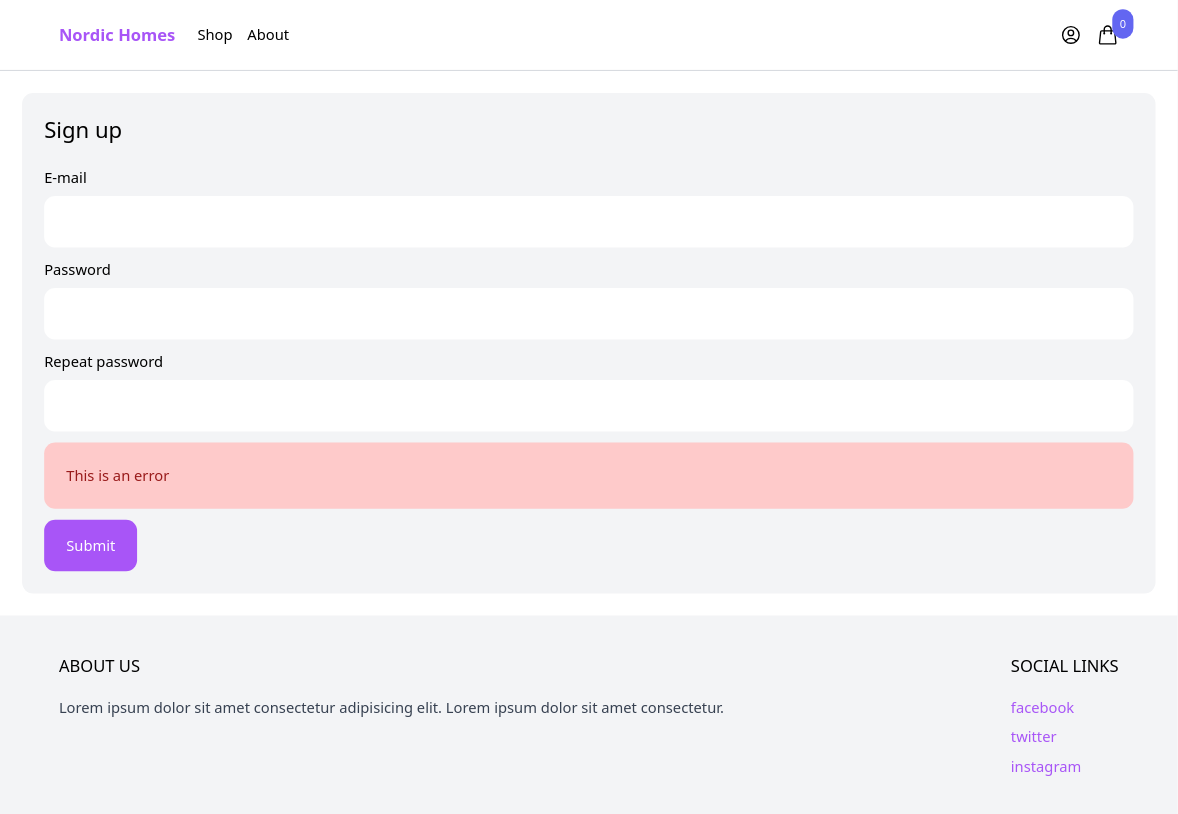
Repository: Calin224/NordicHomes
Page: core/templates/core/signup.html
An editor plug-in stored every save of this project. The page is shown before and after the next save, followed by the edit.
The browser window is 1280 px wide. The pictures show the whole page, at 92% of full size.
Some web libraries are served in a nearby version. The template is drawn by Django 4.2. The application's start-up code is not run. Other server files are loaded and not shown. The template is opened directly, without the code that normally fills it, so the values that code supplies are empty.

Above is the page before, as saved 2023-02-15 22:24:39.

### core/templates/core/signup.html
{% extends 'core/base.html' %}

{% block content %}

<div class="max-2-lg mx-auto flex flex-wrap p-6">
    <div class="w-full bg-gray-100 p-6 rounded-xl">
        <h1 class="mb-6 text-2xl">Sign up</h1>

        <form action="." method="post" class="space-y-3">
            <div>
                <label for="">E-mail</label>
                <input type="email" class="w-full mt-2 py-4 px-6 bg-white rounded-xl focus:outline-none">
            </div>

            <div>
                <label for="">Password</label>
                <input type="password" class="w-full mt-2 py-4 px-6 bg-white rounded-xl focus:outline-none">
            </div>

            <div>
                <label for="">Repeat password</label>
                <input type="password" class="w-full mt-2 py-4 px-6 bg-white rounded-xl focus:outline-none">
            </div>

            <div class="p-6 bg-red-200 text-red-800 rounded-xl">
                <p>This is an error</p>
            </div>

            <div>
                <button class="py-4 px-6 rounded-xl text-white bg-purple-500 hover:bg-purple-700">Submit</button>
            </div>
        </form>
    </div>
</div>

{% endblock content %}

### core/templates/core/base.html
<!DOCTYPE html>
<html lang="en">

<head>
    <meta charset="UTF-8">
    <meta name="viewport" content="width=device-width, initial-scale=1.0">
    <script src="https://cdn.tailwindcss.com"></script>
</head>

<body>
    <nav class="border-b border-gray-300">
        <div class="max-w-6xl mx-auto py-2 px-6 xl:px-0 flex items-center justify-between">
            <div class="menu-left flex items-center space-x-6">
                <a href="{% url 'frontpage' %}" class="py-4 text-lg text-purple-500 font-semibold">Nordic Homes</a>

                <ul class="flex items-center space-x-4">
                    <li><a href="{% url 'shop' %}">Shop</a></li>
                    <li><a href="#">About</a></li>
                </ul>
            </div>

            <div class="menu-right flex items-center space-x-4">
                <a href="#">
                    <svg xmlns="http://www.w3.org/2000/svg" fill="none" viewBox="0 0 24 24" stroke-width="1.5"
                        stroke="currentColor" class="w-6 h-6">
                        <path stroke-linecap="round" stroke-linejoin="round"
                            d="M17.982 18.725A7.488 7.488 0 0012 15.75a7.488 7.488 0 00-5.982 2.975m11.963 0a9 9 0 10-11.963 0m11.963 0A8.966 8.966 0 0112 21a8.966 8.966 0 01-5.982-2.275M15 9.75a3 3 0 11-6 0 3 3 0 016 0z" />
                    </svg>

                </a>

                {% include 'cart/menu_cart.html' %}
            </div>
        </div>
    </nav>

    <main>
        {% block content %}{% endblock content %}
    </main>

    <footer class="bg-gray-100">
        <div class="max-w-6xl mx-auto py-10 px-6 xl:px-0 md:flex justify-between">
            <div class="footer-left mb-12 md:mb-0">
                <h2 class="mb-5 uppercase text-lg">about us</h2>
                <p class="text-gray-700">Lorem ipsum dolor sit amet consectetur adipisicing elit. Lorem ipsum dolor sit
                    amet consectetur.</p>
            </div>

            <div class="footer-right">
                <h2 class="mb-5 uppercase text-lg">social links</h2>
                <ul class="space-y-2">
                    <li><a href="#" class="text-purple-500 hover:text-purple-800">facebook</a></li>
                    <li><a href="#" class="text-purple-500 hover:text-purple-800">twitter</a></li>
                    <li><a href="#" class="text-purple-500 hover:text-purple-800">instagram</a></li>
                </ul>
            </div>
        </div>
    </footer>

    <script src="https://unpkg.com/htmx.org@1.8.5"></script>
</body>

</html>

### cart/templates/cart/menu_cart.html
<a href="#" id="menu-cart-button" class="relative">
    <svg xmlns="http://www.w3.org/2000/svg" fill="none" viewBox="0 0 24 24" stroke-width="1.5"
        stroke="currentColor" class="w-6 h-6">
        <path stroke-linecap="round" stroke-linejoin="round"
            d="M15.75 10.5V6a3.75 3.75 0 10-7.5 0v4.5m11.356-1.993l1.263 12c.07.665-.45 1.243-1.119 1.243H4.25a1.125 1.125 0 01-1.12-1.243l1.264-12A1.125 1.125 0 015.513 7.5h12.974c.576 0 1.059.435 1.119 1.007zM8.625 10.5a.375.375 0 11-.75 0 .375.375 0 01.75 0zm7.5 0a.375.375 0 11-.75 0 .375.375 0 01.75 0z" />
    </svg>
    <span class="p-2 absolute -top-4 -right-4 bg-indigo-500 text-white text-xs rounded-full">{{cart|length}}</span>
</a>

After the next save:
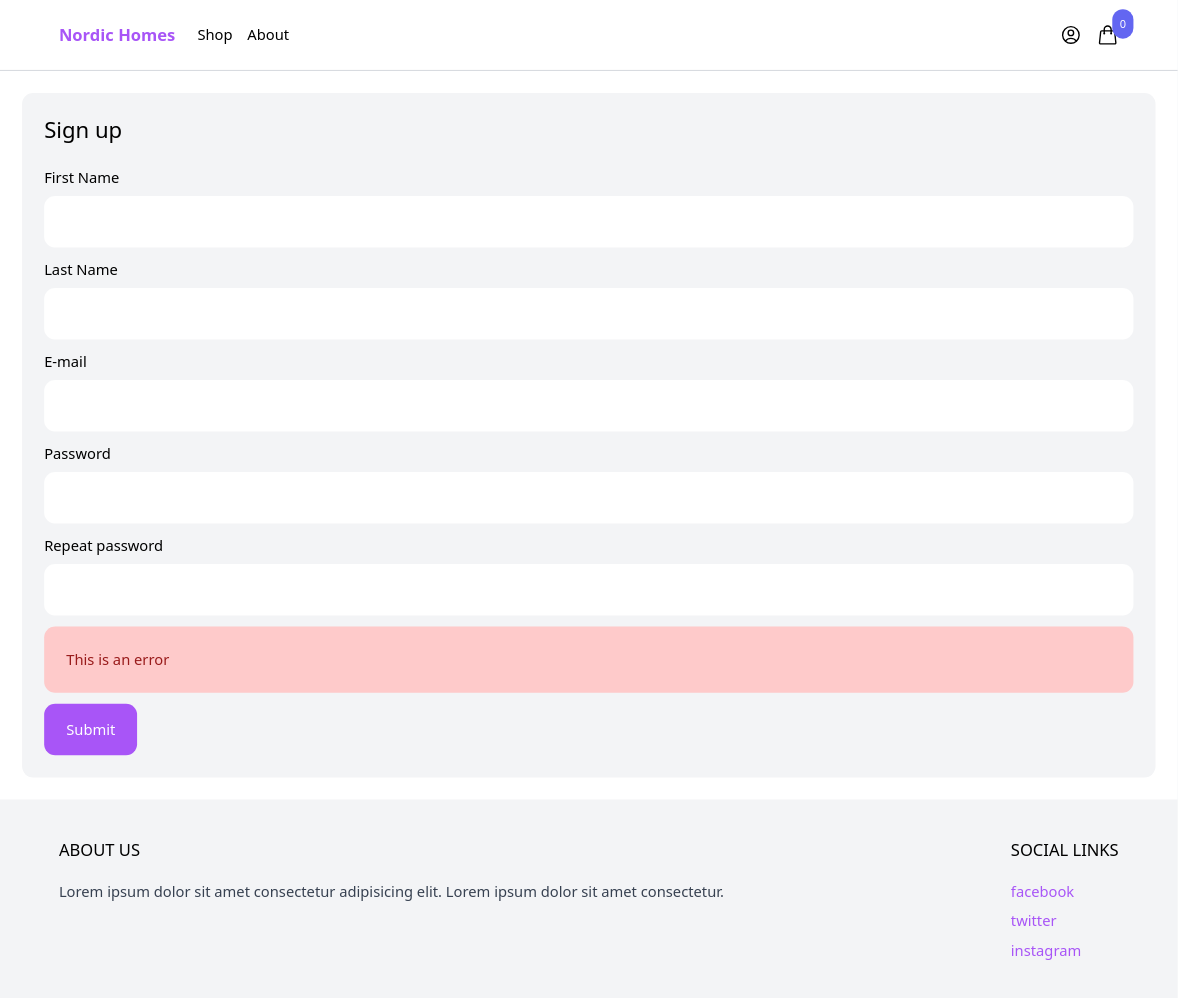
Saved 29 s later.
--- a/core/templates/core/signup.html
+++ b/core/templates/core/signup.html
@@ -7,6 +7,16 @@
         <h1 class="mb-6 text-2xl">Sign up</h1>
 
         <form action="." method="post" class="space-y-3">
+            <div>
+                <label for="">First Name</label>
+                <input type="email" class="w-full mt-2 py-4 px-6 bg-white rounded-xl focus:outline-none">
+            </div>
+
+            <div>
+                <label for="">Last Name</label>
+                <input type="email" class="w-full mt-2 py-4 px-6 bg-white rounded-xl focus:outline-none">
+            </div>
+
             <div>
                 <label for="">E-mail</label>
                 <input type="email" class="w-full mt-2 py-4 px-6 bg-white rounded-xl focus:outline-none">
